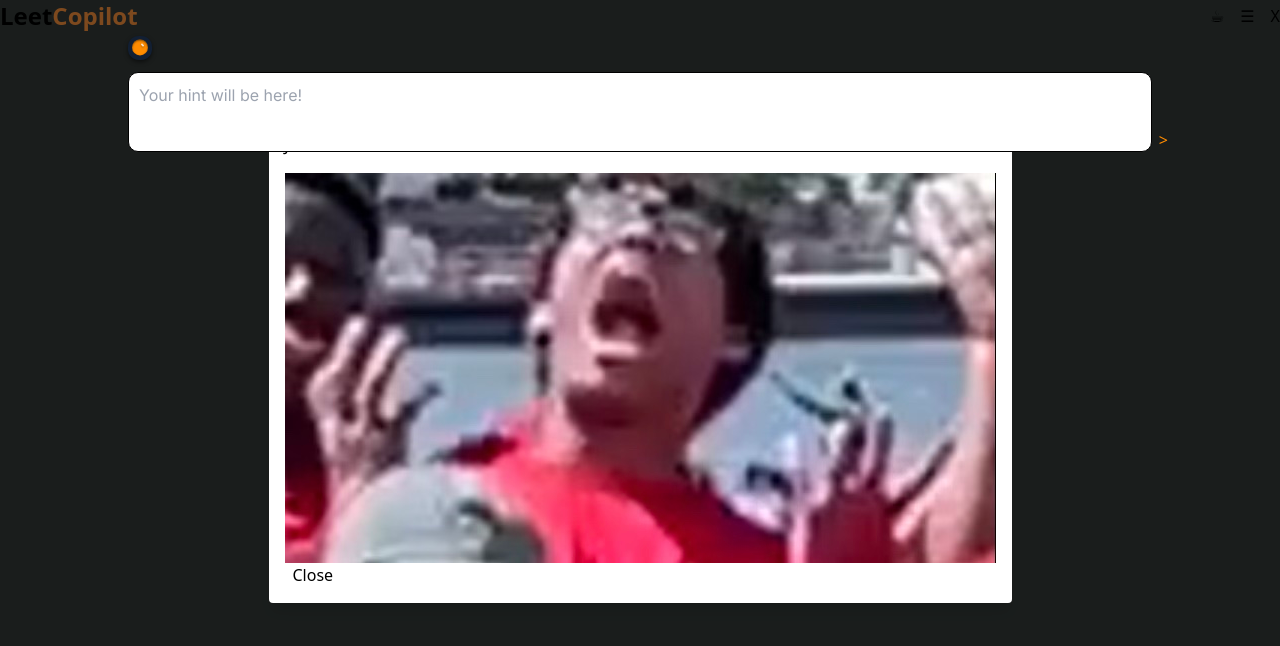
Repository: LeetCopilot/LeetCopilot
Page: / (app in frontend/), after clicking the first element matching `div.flex > :nth-child(3)`
These files come from the project's save history. The page is drawn as it stood at one moment and after the next save; the edit follows.
The browser window is 1280 px wide. The pictures show the whole page.
The project was rebuilt for these pictures with package versions that can differ from the ones it lists, and the page was loaded fresh each time. Also part of the build but not shown: frontend/vite.config.js.

Above is the page before, as saved 2023-09-01 13:49:24.

After the next save:
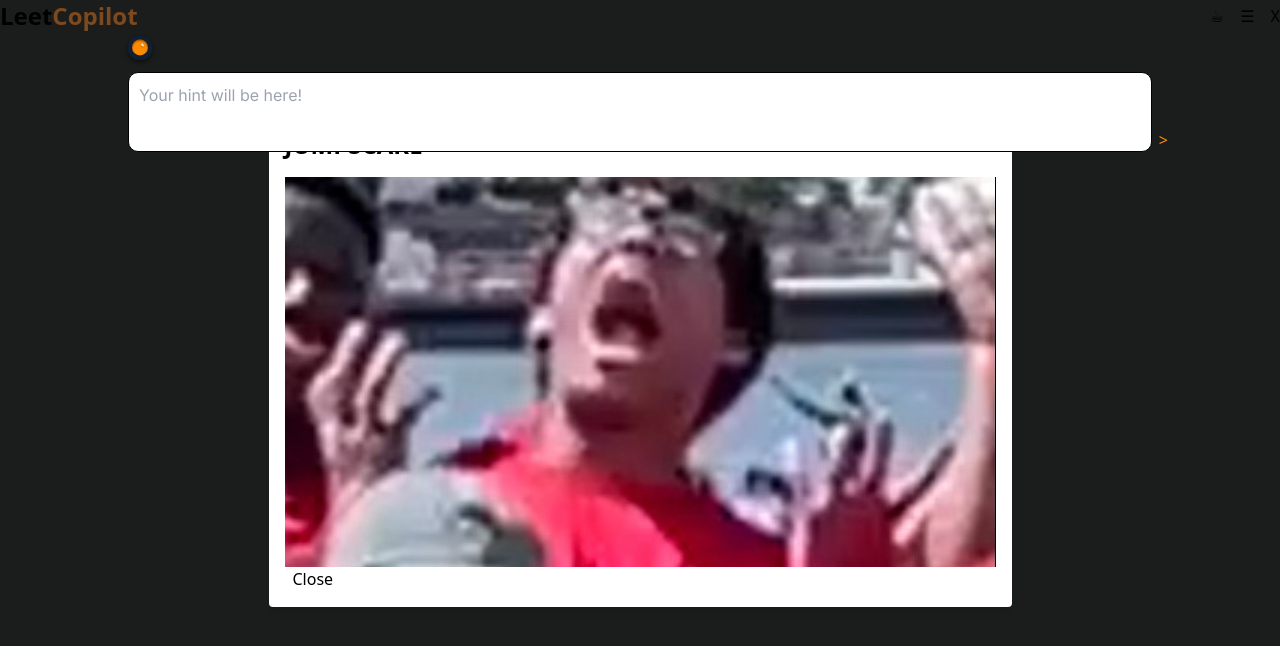
Saved 5 s later.
--- a/frontend/src/components/Popup.tsx
+++ b/frontend/src/components/Popup.tsx
@@ -9,7 +9,7 @@ const Popup: React.FC<PopupProps> = ({ onClose }) => {
   return (
     <div className="fixed left-0 top-0 flex h-full w-full items-center justify-center bg-black bg-opacity-50">
       <div className="rounded bg-white p-4 shadow-lg">
-        <span cclassName="text-2xl font-bold mb-4">JUMPSCARE</span>
+        <span className="mb-4 text-2xl font-bold">JUMPSCARE</span>
         <img src="ridha.jpg" alt="Ridha" className="mt-4" />
         <button onClick={onClose} className="ml-2">
           Close
